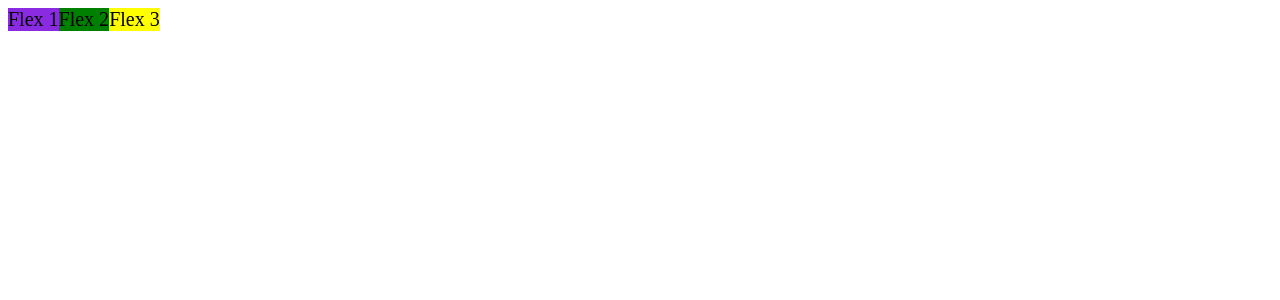
Repository: Kubraaygun/Html_Css_Login
Page: index.html
An editor plug-in stored every save of this project. The page is shown before and after the next save, followed by the edit.
The browser window is 1280 px wide. The pictures show the whole page.

Above is the page before, as saved 2025-03-05 17:23:44.

After the next save:
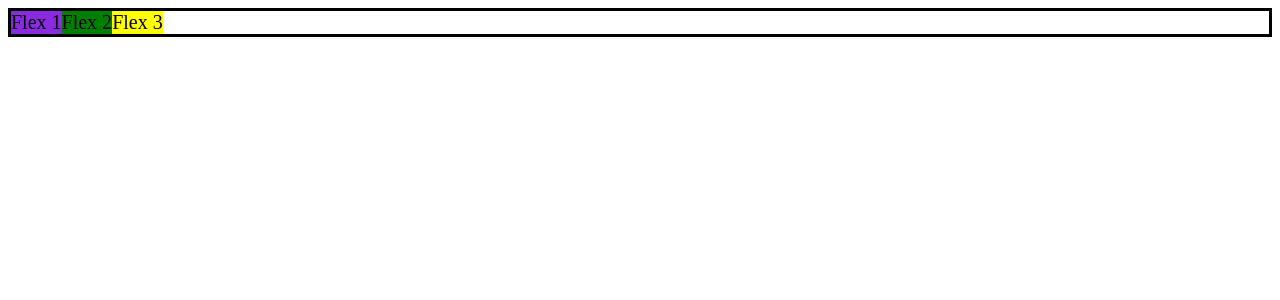
Saved 18 s later.
--- a/index.html
+++ b/index.html
@@ -8,7 +8,7 @@
   </head>
 
   <body>
-    <div style="display: flex">
+    <div style="display: flex; border: 3px solid black">
       <div style="background-color: blueviolet">Flex 1</div>
       <div style="background-color: green">Flex 2</div>
       <div style="background-color: yellow">Flex 3</div>

After the save that followed:
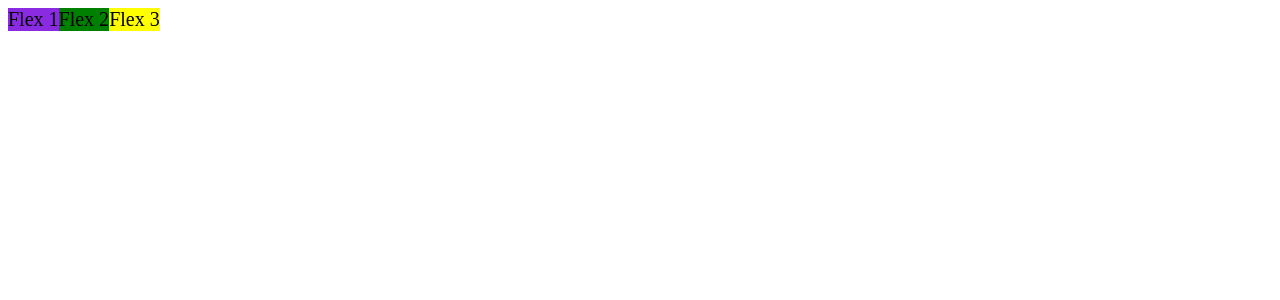
Saved 30 s later.
--- a/index.html
+++ b/index.html
@@ -8,7 +8,12 @@
   </head>
 
   <body>
-    <div style="display: flex; border: 3px solid black">
+    <div
+      style="display: flex;
+    border: 3px solid black
+    justify-content: flex-end
+    "
+    >
       <div style="background-color: blueviolet">Flex 1</div>
       <div style="background-color: green">Flex 2</div>
       <div style="background-color: yellow">Flex 3</div>
